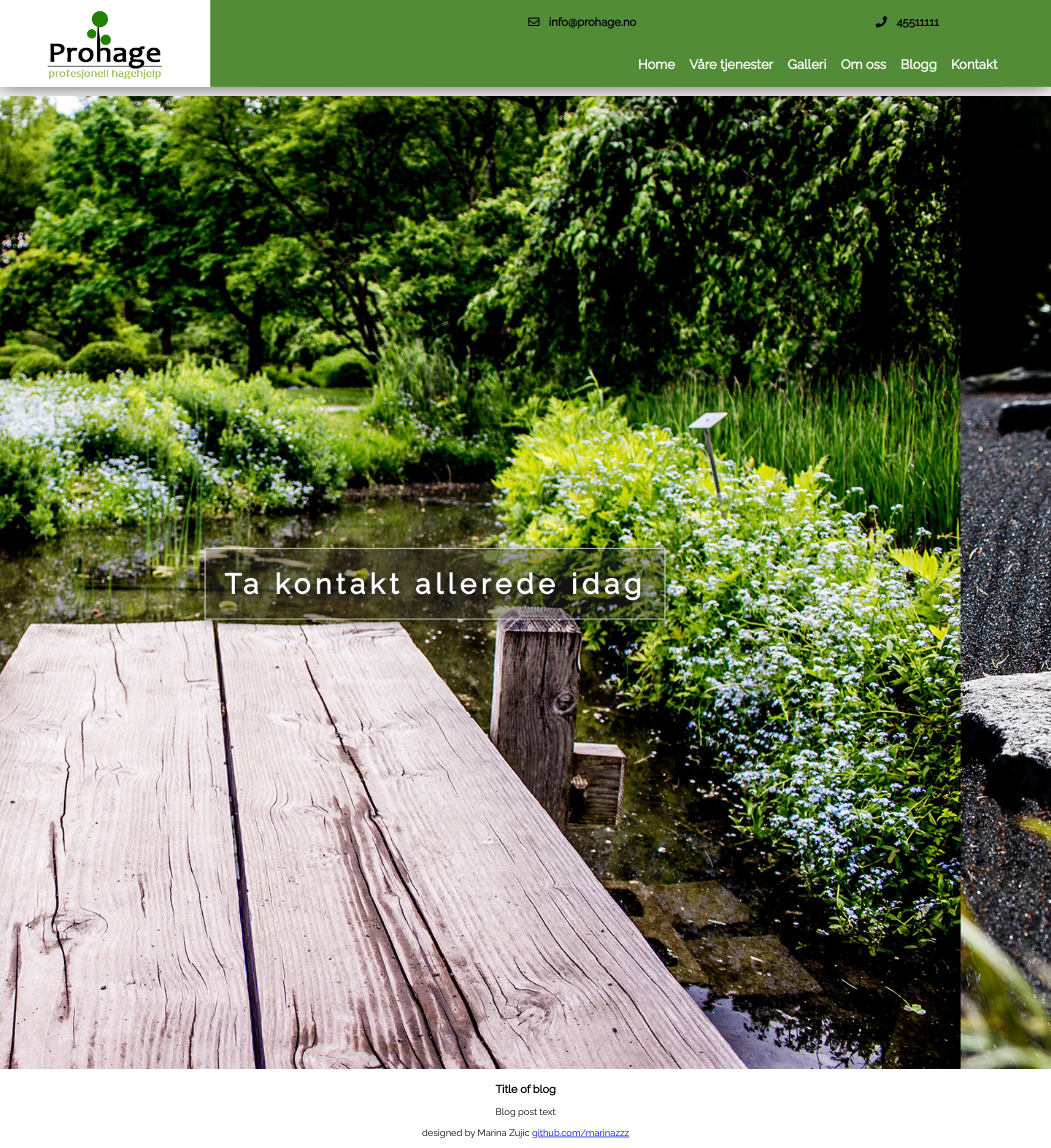
Repository: marinazzz/garden-design-website
Page: index.html
These files come from the project's save history. The page is drawn as it stood at one moment and after the next save; the edit follows.
The browser window is 1440 px wide. The pictures show the whole page, at 73% of full size.

Above is the page before, as saved 2020-03-31 08:38:16.

After the next save:
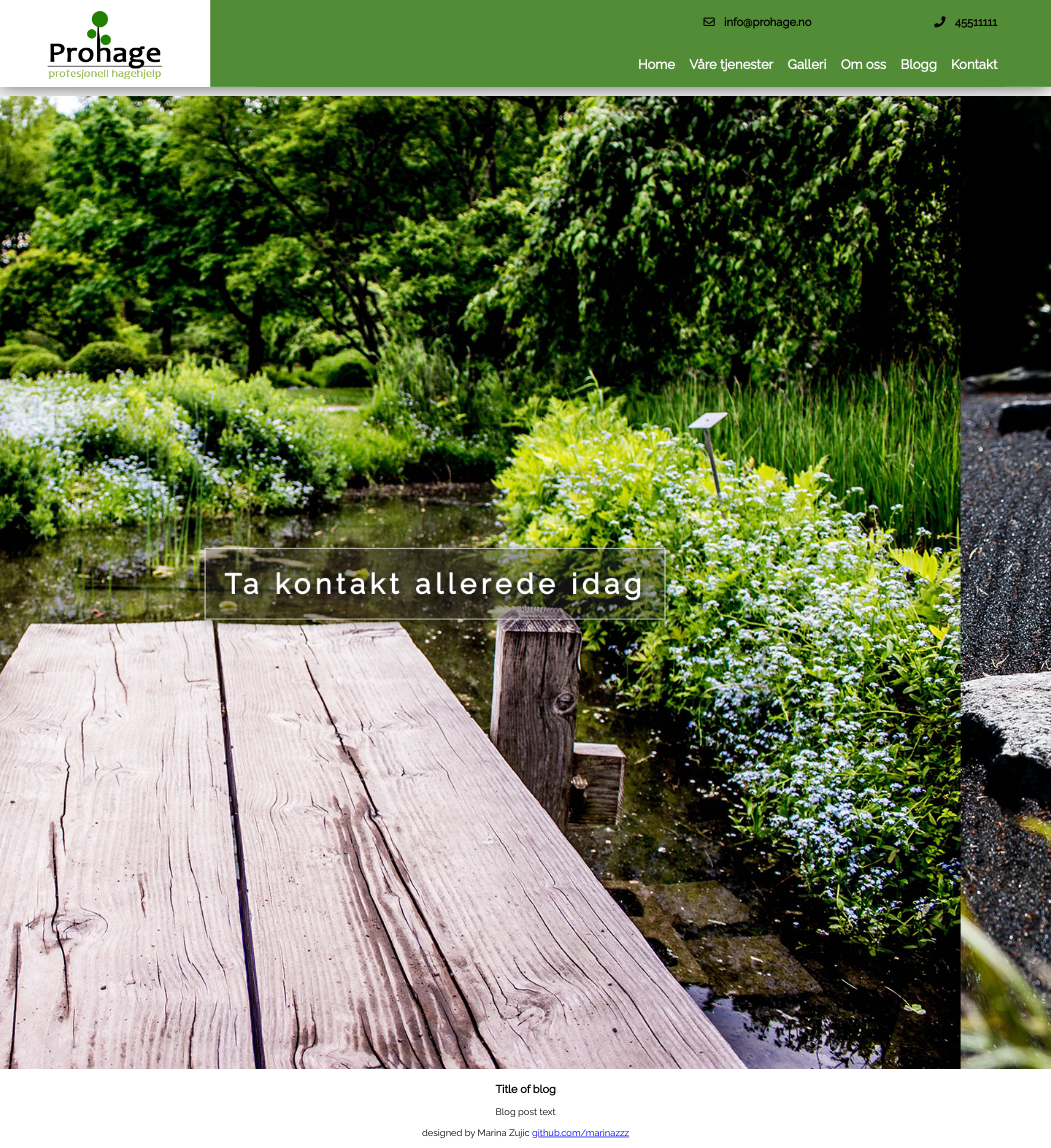
Saved 86 s later.
--- a/CSS/min-width-992px.css
+++ b/CSS/min-width-992px.css
@@ -39,9 +39,7 @@
         max-height: 9rem;
     }
 
-    .container__item {
-        padding-left: 10rem;
-    }
+
 
     .container__item-bottom {
         padding: 0 5rem;
@@ -52,9 +50,7 @@
 
     /* HEADER */
 
-    .container__item {
-        padding-left: 22rem;
-    }
+
 
     /* MAIN PHOTO */
 
